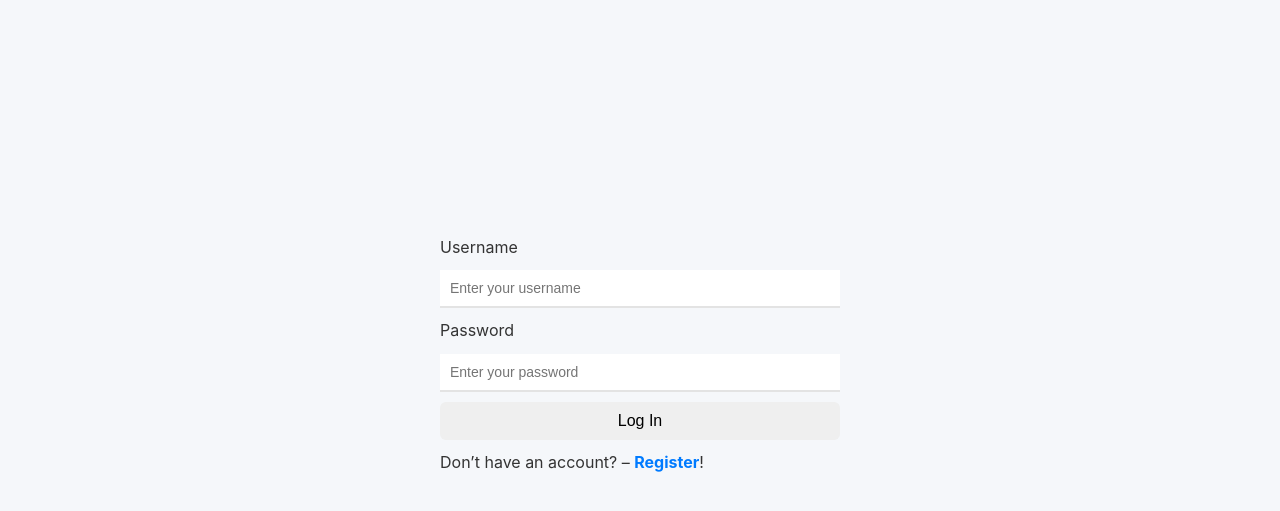
Repository: ArturSahakyan124/catalog_2
Page: http://localhost/views/auth/login.php
The author's editor kept a copy of each file at every save. The page is drawn from the files as they stood at one save, then again after the next save.
The browser window is 1280 px wide. The pictures show the whole page.
The page is run by PHP 8.4 with error messages shown; the project is at /var/www/html/.

Above is the page before, as saved 2025-11-14 01:55:14.

After the next save:
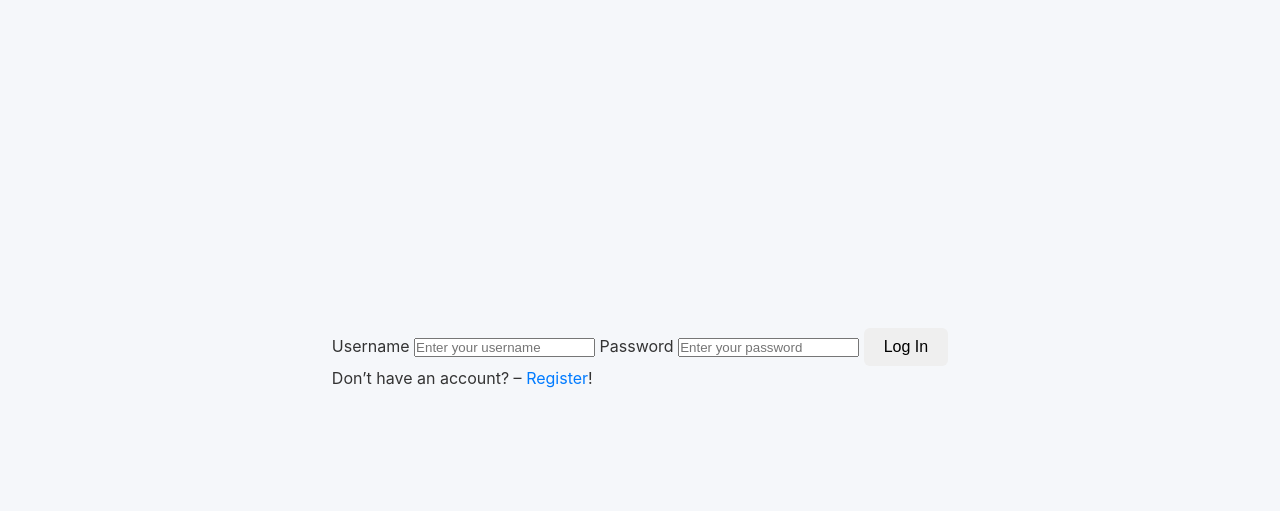
Saved 5 s later.
--- a/assets/css/auth.css
+++ b/assets/css/auth.css
@@ -7,33 +7,3 @@ body {
   font-family: Montserrat, sans-serif;
   background-color: #fff;
 }
-
-form {
-  display: flex;
-  flex-direction: column;
-  width: 400px;
-}
-
-input {
-  margin: 10px 0;
-  padding: 10px;
-  border: none;
-  border-bottom: 2px solid #e3e3e3;
-  outline: none;
-  font-size: 14px;
-}
-
-
-
-
-
-a {
-  color: #7c9ab7;
-  font-weight: bold;
-  text-decoration: none;
-  margin-top: 10px;
-}
-
-p {
-  margin: 10px 0;
-}

After the save that followed:
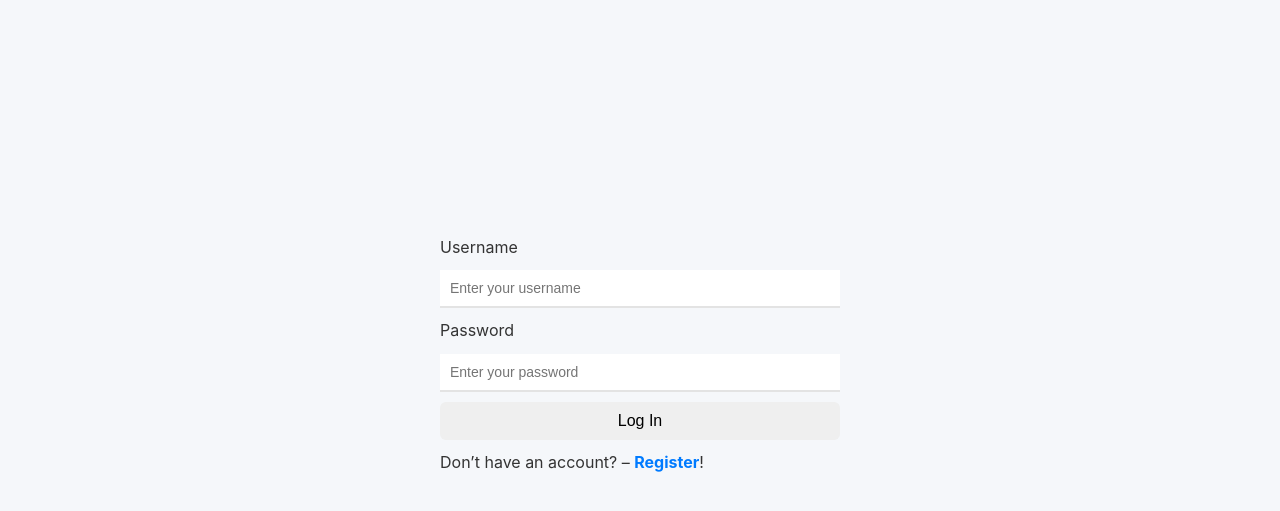
Saved 2 s later.
--- a/assets/css/main.css
+++ b/assets/css/main.css
@@ -10,6 +10,36 @@ body {
   color: #333;
   line-height: 1.6;
   background-color: #f5f7fa;
+}
+
+form {
+  display: flex;
+  flex-direction: column;
+  width: 400px;
+}
+
+input {
+  margin: 10px 0;
+  padding: 10px;
+  border: none;
+  border-bottom: 2px solid #e3e3e3;
+  outline: none;
+  font-size: 14px;
+}
+
+
+
+
+
+a {
+  color: #7c9ab7;
+  font-weight: bold;
+  text-decoration: none;
+  margin-top: 10px;
+}
+
+p {
+  margin: 10px 0;
 }
 
 a {
